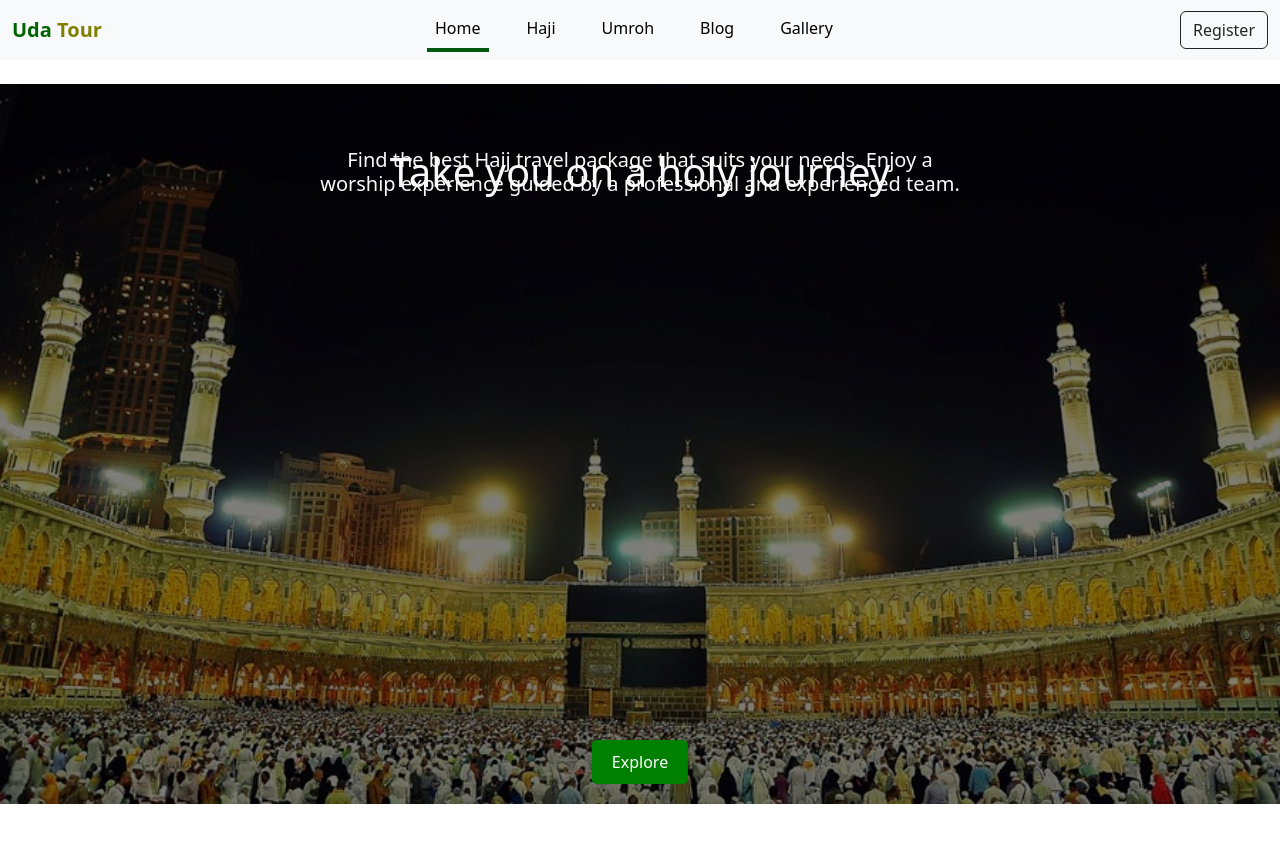
Repository: Putrabobi/Task7
Page: index.html
These files come from the project's save history. The page is drawn as it stood at one moment and after the next save; the edit follows.
The browser window is 1280 px wide. The pictures show the whole page.

Above is the page before, as saved 2024-03-25 11:07:17.

After the next save:
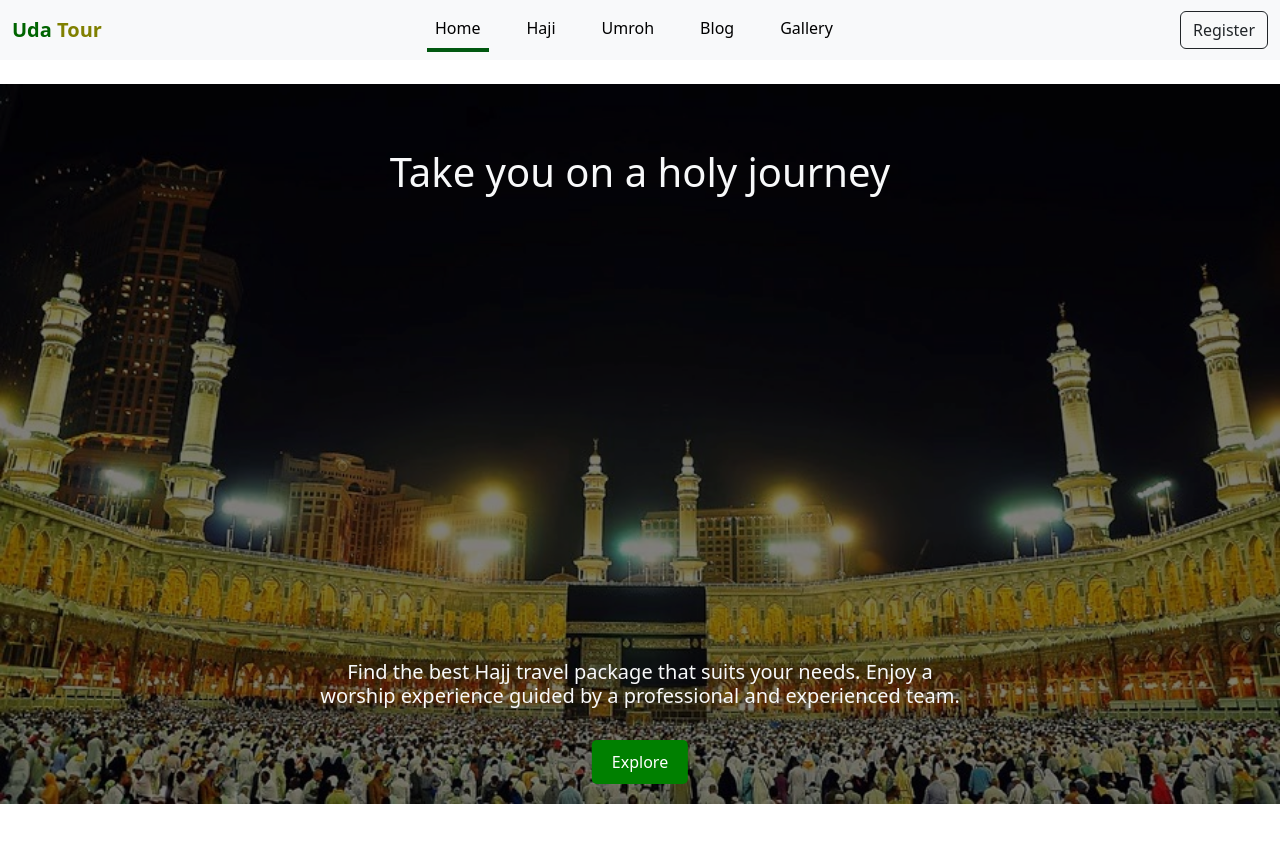
Saved 33 s later.
--- a/index.html
+++ b/index.html
@@ -50,7 +50,7 @@
     <div class="position-relative text-center mb-5">
         <img src="images/mekkah.jpg" style="filter: brightness(50%);" alt="Mekkah" width="100%">
         <h1 class="position-absolute top-0 start-50 translate-middle-x text-light" style="margin-top: 5%;">Take you on a holy journey</h1>
-        <h5 class="position-absolute top-0 start-50 translate-middle-x text-light" style="margin-top: 5%;">Find the best Hajj travel package that suits your needs. Enjoy a worship experience guided by a professional and experienced team.</h5>
+        <h5 class="position-absolute top-0 start-50 translate-middle-x text-light" style="margin-top: 45%;">Find the best Hajj travel package that suits your needs. Enjoy a worship experience guided by a professional and experienced team.</h5>
         <button type="button" style="position: absolute; bottom: 20px; left: 50%; transform: translateX(-50%); background-color: green; color: white; padding: 10px 20px; border: none; border-radius: 5px; cursor: pointer;">Explore</button>
     </div>
 
